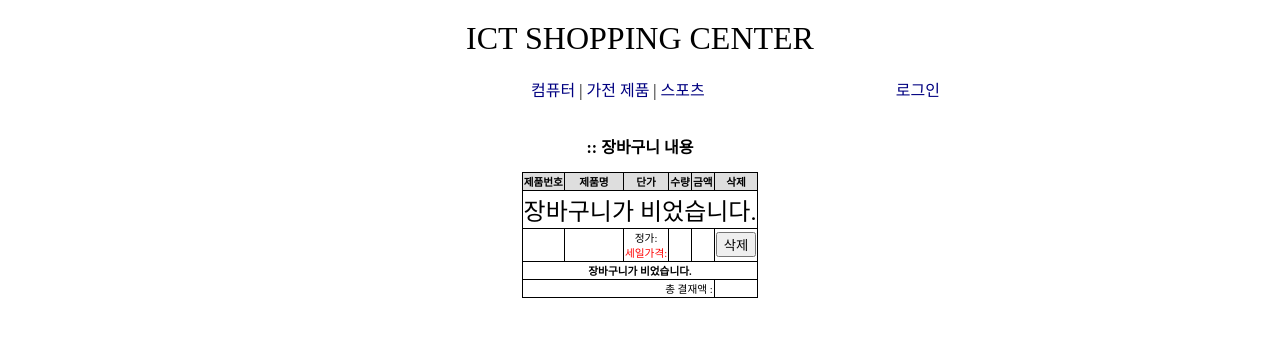
Repository: xlz5000/ICT
Page: http://localhost/spring_mvc02/WEB-INF/views/day08/cartList.jsp
The author's editor kept a copy of each file at every save. The page is drawn from the files as they stood at one save, then again after the next save.
The browser window is 1280 px wide. The pictures show the whole page.
The page is served by Tomcat 9. Nobody is signed in. Other server files are loaded and not shown. The template is opened directly, without the code that normally fills it, so the values that code supplies are empty.

Above is the page before, as saved 2025-04-17 03:15:53.

### spring_mvc02/src/main/webapp/WEB-INF/views/day08/cartList.jsp
<%@ page language="java" contentType="text/html; charset=UTF-8"
	pageEncoding="UTF-8"%>
<%@ taglib prefix="c" uri="http://java.sun.com/jsp/jstl/core" %>
<%@ taglib prefix="fmt" uri="http://java.sun.com/jsp/jstl/fmt" %>
<!DOCTYPE html>
<html>
<head>
<meta charset="UTF-8">
<title>Insert title here</title>
<style type="text/css">
table {
	margin: 10px auto;
	width: 600;
	border-collapse: collapse;
	font-size: 8pt;
	border-color: navy;
}

table, th, td {
	border: 1px solid black;
}
</style>
</head>
<body>
	<%@ include file="top.jsp" %>
	<table>
		<caption>
			<h2>:: 장바구니 내용</h2>
		</caption>
		<thead>
		<tr bgcolor="#dedede">
			<th>제품번호</th>
			<th width="25%">제품명</th>
			<th>단가</th>
			<th>수량</th>
			<th>금액</th>
			<th>삭제</th>
		</tr>
		</thead>
		<tbody>
			<c:choose>
				<c:when test="${empty cart_list}">
					<tr><td colspan="6"><span style="font-size: 24px;">장바구니가 비었습니다.</span></td></tr>
				</c:when>
				<c:otherwise>




				</c:otherwise>
			</c:choose>
		</tbody>
		<tr align="center">
			<td></td>
			<td></td>
			<td>정가:<br> <font color="red"> 세일가격: </font>
			</td>
			<td>
				<!-- 수량 조정 폼 --> <!------------------>
			</td>
			<td></td>
			<td><input type="button" value="삭제"
				style="border: 1 solid black; cursor: pointer"
				onclick="javascript:location.href='delProduct.jsp?p_num='">
			</td>
		</tr>

		<tr align="center">
			<td colspan="6"><b>장바구니가 비었습니다.</b></td>
		</tr>
		<tr>
			<td colspan="5" align="right">총 결재액 :</td>
			<td></td>
		</tr>
	</table>

</body>
</html>

### spring_mvc02/src/main/webapp/WEB-INF/views/day08/top.jsp
<%@ page language="java" contentType="text/html; charset=UTF-8"
	pageEncoding="UTF-8"%>
<%@ taglib prefix="c" uri="http://java.sun.com/jsp/jstl/core" %>
<!DOCTYPE html>
<html>
<head>
<meta charset="UTF-8">
<title>Insert title here</title>
<style>
a:link {
	text-decoration: none;
	color: navy
}

a:visited {
	text-decoration: none;
	color: navy
}

a:hover {
	text-decoration: none;
	color: red
}

body {
	text-align: center
}

hr {
	width: 600px;
	border: 1px;
	color: navy;
}

div#header, div#nav {
	width: 600px;
	margin: 20px auto;
	text-align: center;
}

div#wrap {
	margin: 0 auto;
}


div#log{float: right}

.title{
	font-size: 32px;

}
</style>
</head>
<body>
	<div id="wrap">

		<div id="header">
			<span class="title"> ICT SHOPPING CENTER </span>
		</div>

		<div id="nav">
			<a href="/day08?category=com001">컴퓨터</a> |
			<a href="/day08?category=ele002">가전 제품</a> |
			<a href="/day08?category=sp003">스포츠</a>


		<div id="log">
			<c:choose>
				<c:when test="${loginchk == 'ok' }">
					${membersVO.m_name }님 환영합니다. |
				<c:if test="${admin =='ok' }">
					<a href="#">상품등록하기</a> |

				</c:if>
				<c:if test="${admin !='ok' }">
					<a href="#">장바구니</a> |

				</c:if>


				<a href="/members_logout">로그아웃</a>
				</c:when>
				<c:otherwise>
					<a href="/members_loginForm">로그인</a>


				</c:otherwise>



			</c:choose>


			</div>
		</div>
	</div>
</body>
</html>

After the next save:
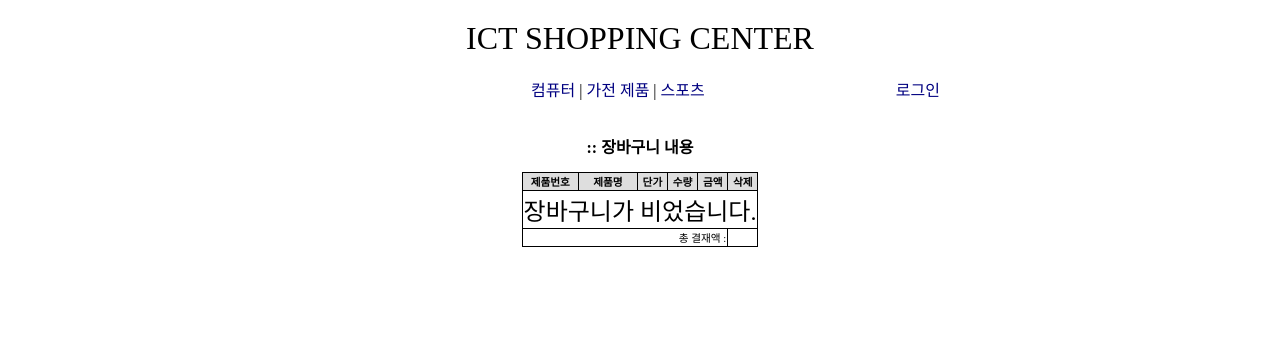
Saved 45 s later.
--- a/spring_mvc02/src/main/webapp/WEB-INF/views/day08/cartList.jsp
+++ b/spring_mvc02/src/main/webapp/WEB-INF/views/day08/cartList.jsp
@@ -50,28 +50,12 @@ table, th, td {
 				</c:otherwise>
 			</c:choose>
 		</tbody>
-		<tr align="center">
-			<td></td>
-			<td></td>
-			<td>정가:<br> <font color="red"> 세일가격: </font>
-			</td>
-			<td>
-				<!-- 수량 조정 폼 --> <!------------------>
-			</td>
-			<td></td>
-			<td><input type="button" value="삭제"
-				style="border: 1 solid black; cursor: pointer"
-				onclick="javascript:location.href='delProduct.jsp?p_num='">
-			</td>
-		</tr>
-
-		<tr align="center">
-			<td colspan="6"><b>장바구니가 비었습니다.</b></td>
-		</tr>
+		<tfoot>
 		<tr>
 			<td colspan="5" align="right">총 결재액 :</td>
 			<td></td>
 		</tr>
+		</tfoot>
 	</table>
 
 </body>
